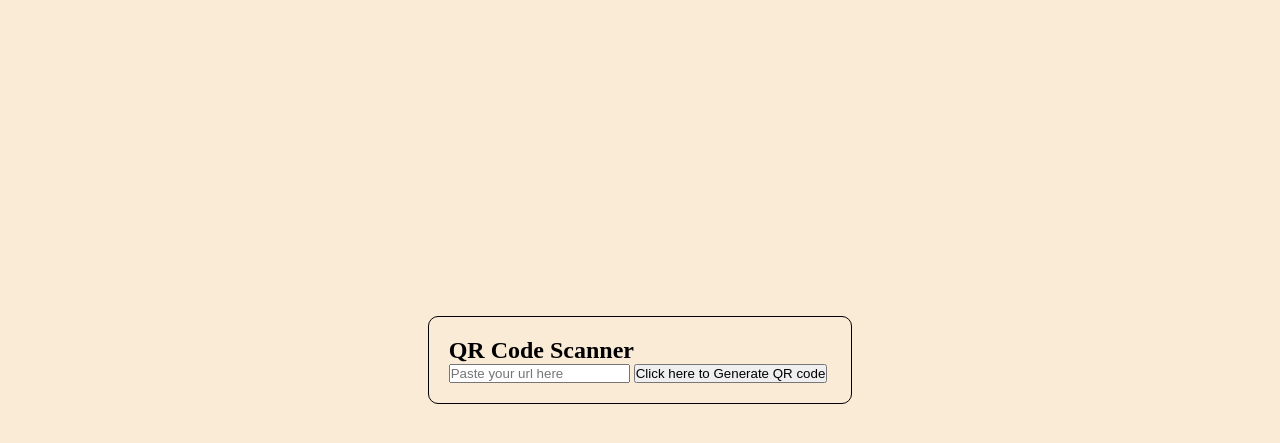
Repository: JunaidAnsari202/QR-Scanner
Page: index.html
These files come from the project's save history. The page is drawn as it stood at one moment and after a run of saves; the edit follows.
The browser window is 1280 px wide. The pictures show the whole page.

Above is the page before, as saved 2024-10-12 12:14:12.

### index.html
<!DOCTYPE html>
<html lang="en">
<head>
    <meta charset="UTF-8">
    <meta name="viewport" content="width=device-width, initial-scale=1.0">
    <title>Document</title><link rel="stylesheet" href="style.css">
</head>
<body>
    <div class="qr-container">
        <h2>QR Code Scanner</h2>
        <input type="text" id="qr-input" placeholder="Paste your url here">
        <button id="qr-button">Click here to Generate QR code</button>
        <img src="" alt="" id="qr-img">
    </div>
</body>
<script src="scripit.js"></script>
</html>

### style.css
*{
    padding: 0;
    margin: 0;
    box-sizing: border-box;
}

body{
    background-color: antiquewhite;
    display: flex;
    justify-content: center;
    align-items: center;
    height: 100vh;
}

.qr-container{
    border: 1px solid black;
    border-radius: 10px;
    padding: 20px;
}

Loaded but not shown: scripit.js (no copy from this time; the picture is the same without it)

After the next 5 saves:
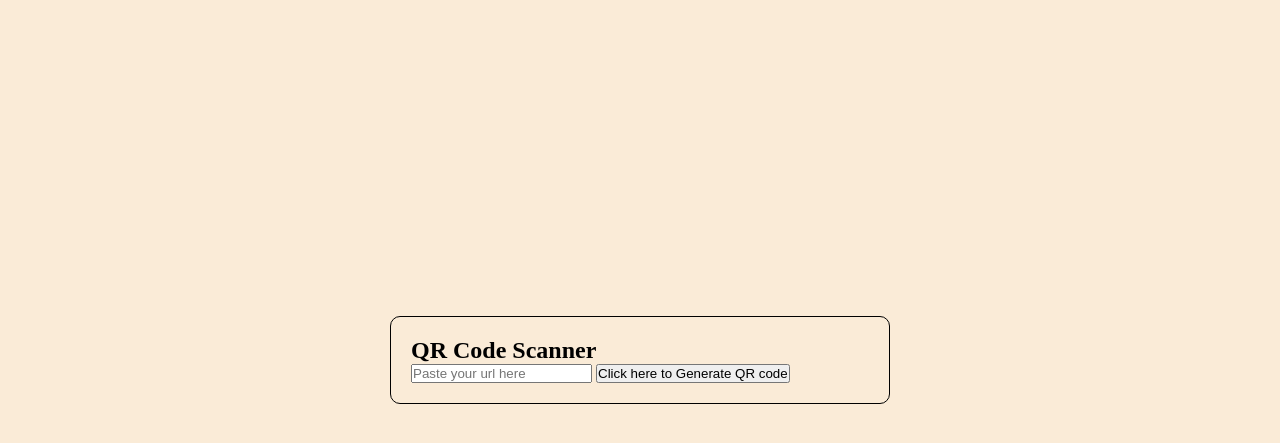
The 5 saves are shown as one change because they came seconds apart.
The last was saved 2 min 20 s later.
--- a/style.css
+++ b/style.css
@@ -16,4 +16,5 @@ body{
     border: 1px solid black;
     border-radius: 10px;
     padding: 20px;
+    width: 500px;
 }
